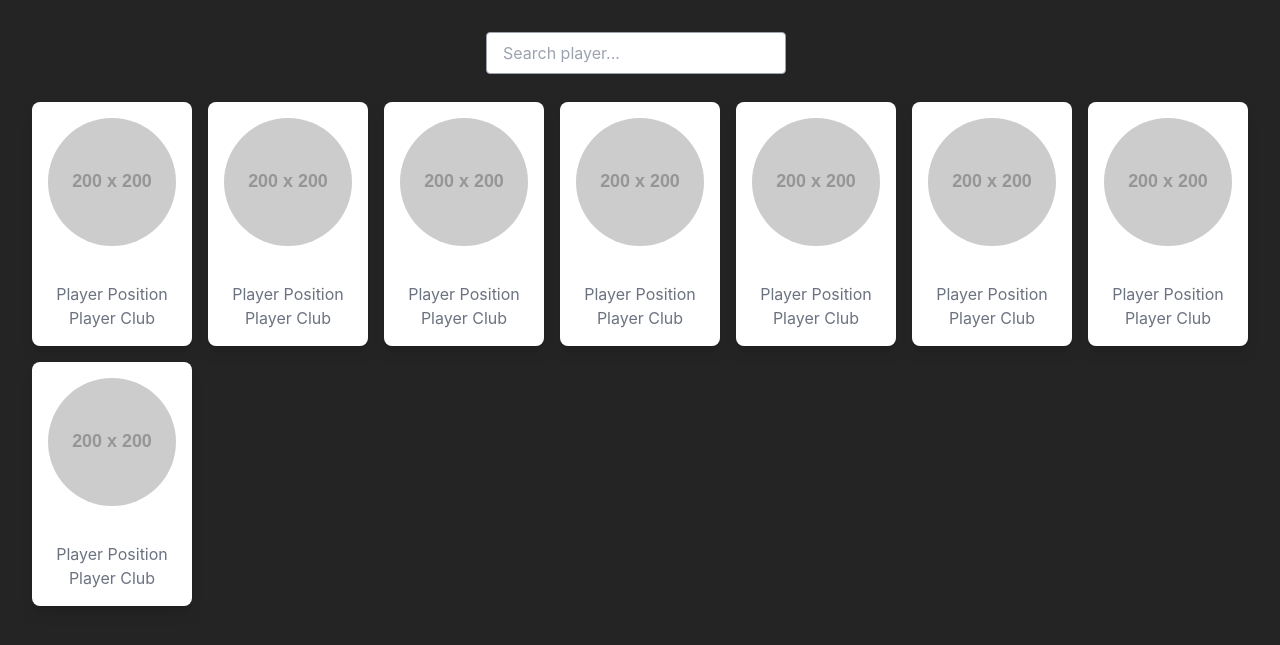
Repository: Hadra92i/movies-search-app
Page: /
These files come from the project's save history. The page is drawn as it stood at one moment and after a run of saves; the edit follows.
The browser window is 1280 px wide. The pictures show the whole page.
The project was rebuilt for these pictures with package versions that can differ from the ones it lists, and the page was loaded fresh each time. Also part of the build but not shown: vite.config.js.

Above is the page before, as saved 2023-11-01 12:00:59.

### index.html
<!doctype html>
<html lang="en">
  <head>
    <meta charset="UTF-8" />
    <link rel="icon" type="image/svg+xml" href="/vite.svg" />
    <meta name="viewport" content="width=device-width, initial-scale=1.0" />
    <title>Players SearchApp</title>
  </head>
  <body>
    <div id="root"></div>
    <script type="module" src="/src/main.jsx"></script>
  </body>
</html>

### src/main.jsx
import ReactDOM from 'react-dom/client'
import App from './App.jsx'
import './index.css'
import { Provider } from 'react-redux'
import { store } from './redux/store.js'

ReactDOM.createRoot(document.getElementById('root')).render(
  <Provider store={store}>
    <App />
  </Provider>,
)

### src/App.jsx

import './App.css'
import Players from './components/player/Players'

function App() {

  return (
    <>
      <Players/>
    </>
  )
}

export default App

### src/index.css
:root {
  font-family: Inter, system-ui, Avenir, Helvetica, Arial, sans-serif;
  line-height: 1.5;
  font-weight: 400;

  color-scheme: light dark;
  color: rgba(255, 255, 255, 0.87);
  background-color: #242424;

  font-synthesis: none;
  text-rendering: optimizeLegibility;
  -webkit-font-smoothing: antialiased;
  -moz-osx-font-smoothing: grayscale;
  -webkit-text-size-adjust: 100%;
}

@tailwind base;
@tailwind components;
@tailwind utilities;

### src/redux/store.js
import { configureStore } from "@reduxjs/toolkit";
import playerReducer from "./features/playerSlice";

export const store = configureStore({
    reducer: {
        player: playerReducer,
    },
    devTools: true,
});

### src/components/player/Players.jsx
// eslint-disable-next-line no-unused-vars
import React,{useState} from "react";
import PlayerCard from "./PlayerCard";

const Players = () => {
    const playersData = [
        { name: "John", age: 25, cardPlayer: true, id: 1 },
        { name: "Jane", age: 30, cardPlayer: false, id: 2 },
        { name: "Bob", age: 20, cardPlayer: true, id: 3 },
        { name: "Mary", age: 27, cardPlayer: false, id: 4 },
        { name: "John", age: 25, cardPlayer: true, id: 5 },
        { name: "Jane", age: 30, cardPlayer: false, id: 6 },
        { name: "Bob", age: 20, cardPlayer: true, id: 7 },
        { name: "Mary", age: 27, cardPlayer: false, id: 8 }
    ];

    // eslint-disable-next-line no-unused-vars
    const [players, setPlayers] = useState(playersData);
    const [searchTerm, setSearchTerm] = useState("");

    const handleSearch = (event) => {
        setSearchTerm(event.target.value);
    };

    const filteredPlayers = players.filter((player) => {
        return player.name.toLowerCase().includes(searchTerm.toLowerCase());
    });

    return (
        <>
            <div className="flex justify-center items-center mb-5">
                <input
                    type="text"
                    placeholder="Search player..."
                    value={searchTerm}
                    onChange={handleSearch}
                    className="border border-gray-400 rounded py-2 px-4 mr-2 w-[300px]"
                />
            </div>
            <div className="flex justify-between items-center flex-wrap">
                {filteredPlayers.map((player) => {
                    return (
                        <PlayerCard
                            key={player.id}
                            name={player.name}
                            age={player.age}
                        />
                    );
                })}
            </div>
        </>
    );
};

export default Players;

### src/redux/features/playerSlice.js
import { createAsyncThunk, createSlice } from "@reduxjs/toolkit";
import PlayerService from "../../services/playerService";

const initialState = [];

export const getAllPlayers = createAsyncThunk(
    "players/getAllPlayers",
    async () => {
        const response = await PlayerService.getAllPlayers();
        return response.data;
    }
);

export const playerSlice = createSlice({
    name: "player",
    initialState,
    reducers: {},
    extraReducers: {
        [getAllPlayers.fulfilled]: (state, action) => {
            return [...action.payload];
        },
    },
});

export default playerSlice.reducer;

### src/components/player/PlayerCard.jsx
// eslint-disable-next-line no-unused-vars
import React from "react";

const PlayerCard = () => {
    return (
        <div className="bg-white rounded-lg shadow-lg p-4 my-2">
            <img
                className="w-32 h-32 rounded-full mx-auto"
                src="https://via.placeholder.com/200"
                alt="Player Avatar"
            />
            <div className="text-center mt-2">
                <h3 className="text-lg font-medium">Player Name</h3>
                <p className="text-gray-500">Player Position</p>
                <p className="text-gray-500">Player Club</p>
            </div>
        </div>
    );
};

export default PlayerCard;

### src/services/playerService.js
// eslint-disable-next-line no-unused-vars
import axiosObj from "../http-common";

const getAllPlayers = () => {
    return axiosObj.get("/players");
};

const PlayerService = {
    getAllPlayers,
};

export default PlayerService;

### src/http-common.js
import axios from "axios";

const API_KEY = "9d2758a612msh2661c98a1972a2cp155232jsn62f754d1238a";
const BASE_URL = "https://api-football-v1.p.rapidapi.com/v3";

const axiosObj = axios.create({
    baseURL: BASE_URL,
    headers: {
        "x-rapidapi-key": API_KEY,
        "x-rapidapi-host": "api-football-v1.p.rapidapi.com",
    },
});

export default axiosObj;

Loaded but not shown: src/App.css (common file); tailwind.config.js (common file)

After the next 3 saves:
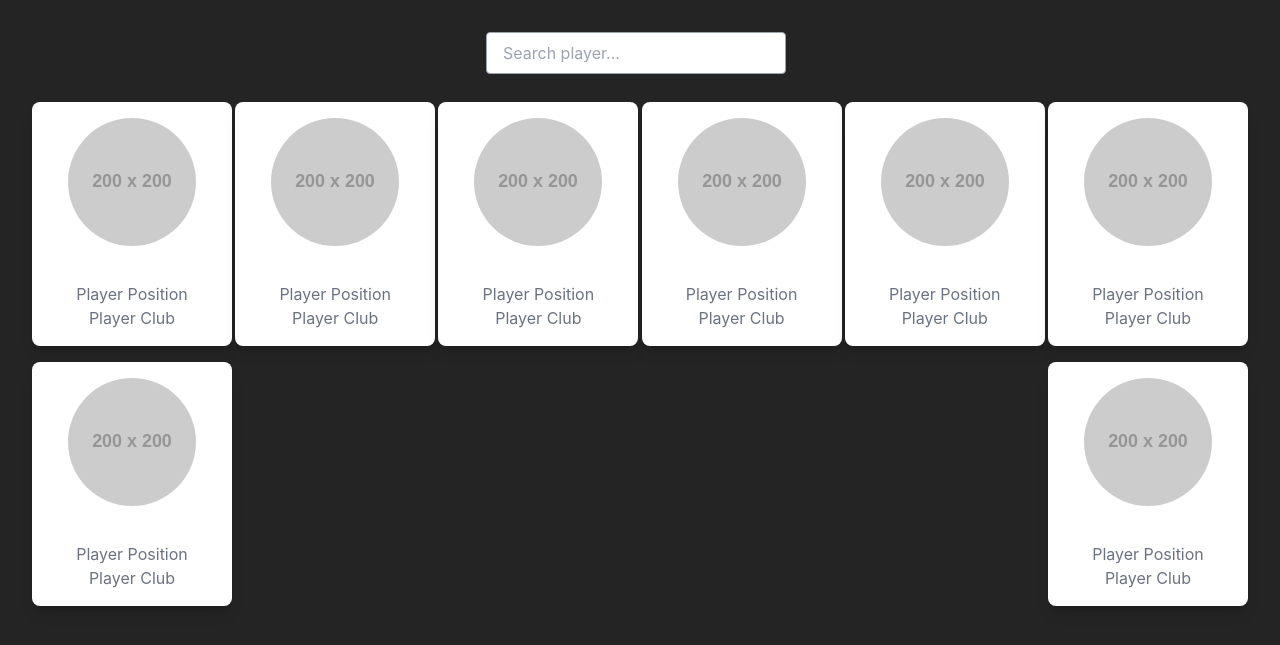
The 3 saves are shown as one change because they came seconds apart.
The last was saved 29 s later.
--- a/src/components/player/PlayerCard.jsx
+++ b/src/components/player/PlayerCard.jsx
@@ -3,7 +3,7 @@ import React from "react";
 
 const PlayerCard = () => {
     return (
-        <div className="bg-white rounded-lg shadow-lg p-4 my-2">
+        <div className="bg-white rounded-lg shadow-lg p-4 my-2 w-[200px]">
             <img
                 className="w-32 h-32 rounded-full mx-auto"
                 src="https://via.placeholder.com/200"
